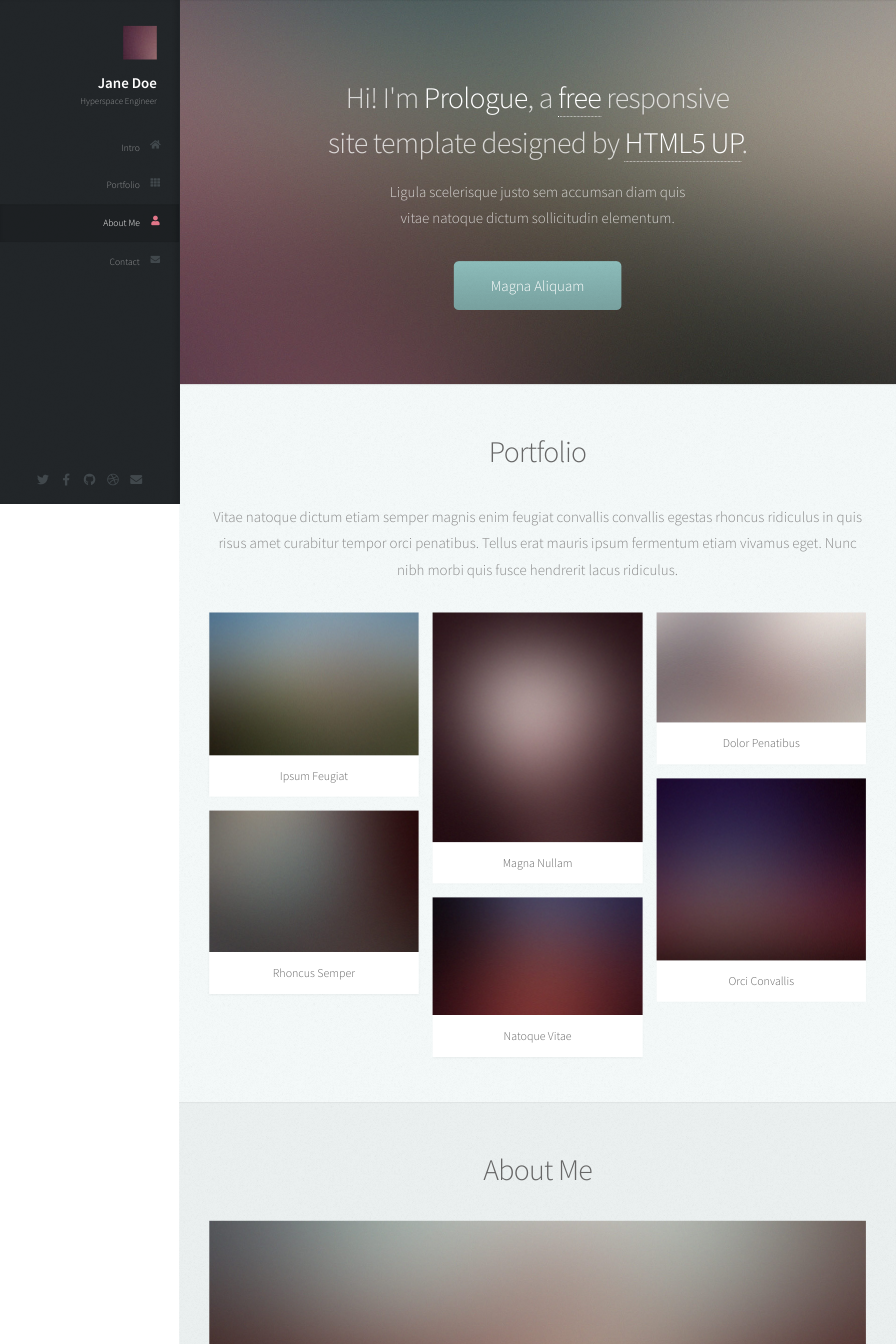
Repository: fiedore/fiedore.github.io
Page: index.html
The author's editor kept a copy of each file at every save. The page is drawn from the files as they stood at one save, then again after a run of saves.
The browser window is 1280 px wide. The pictures show the part of the page from y = 0 to 1920 px (the page is 3341 px tall before and 3181 px after), at 70% of full size.

Above is the page before, as saved 2025-06-02 23:55:42.

After the next 4 saves:
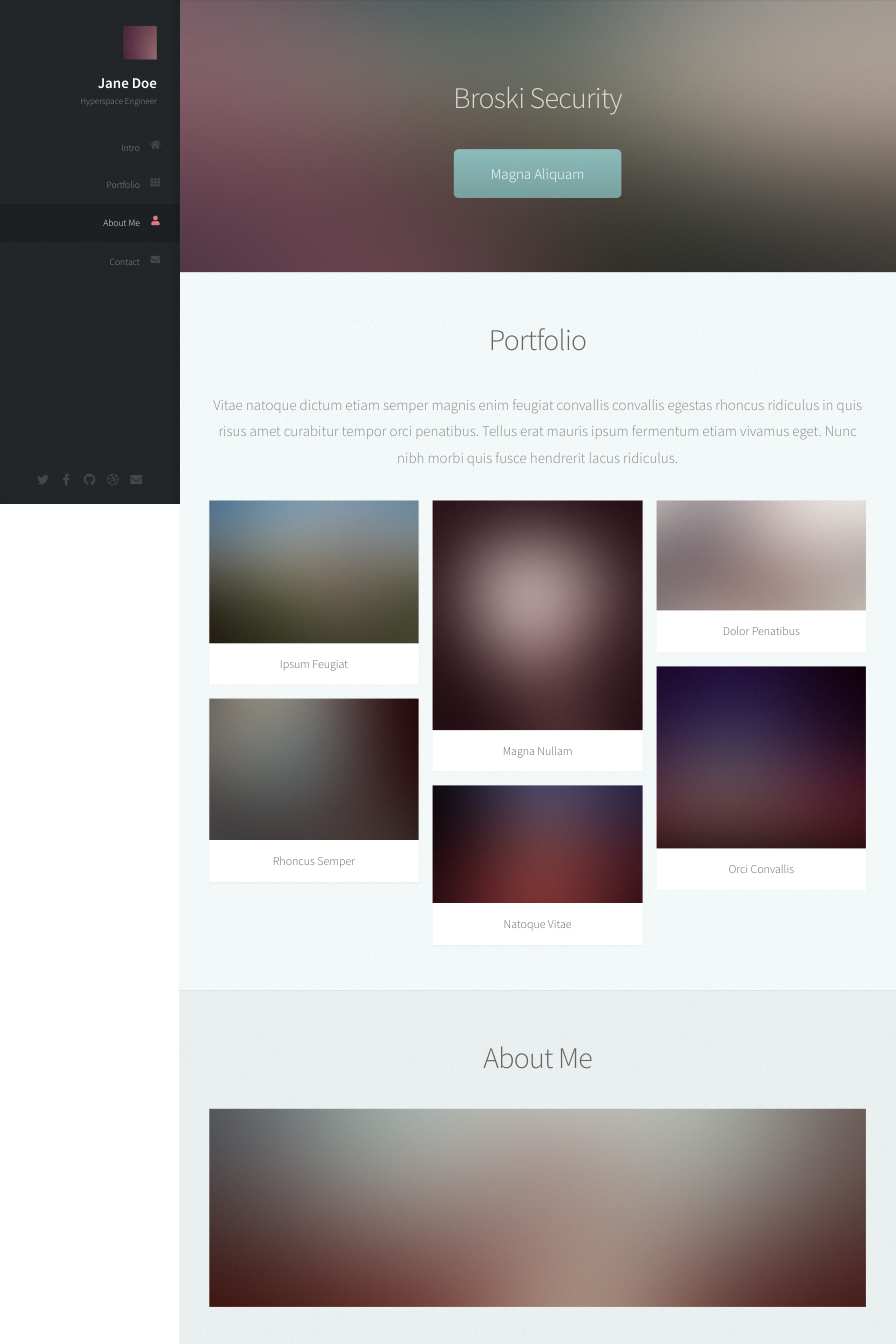
The 4 saves are shown as one change because they came seconds apart.
The last was saved 18 s later.
--- a/index.html
+++ b/index.html
@@ -60,10 +60,7 @@
 						<div class="container">
 
 							<header>
-								<h2 class="alt">Hi! I'm <strong>Prologue</strong>, a <a href="http://html5up.net/license">free</a> responsive<br />
-								site template designed by <a href="http://html5up.net">HTML5 UP</a>.</h2>
-								<p>Ligula scelerisque justo sem accumsan diam quis<br />
-								vitae natoque dictum sollicitudin elementum.</p>
+								<h2 class="alt">Broski Security</h2>
 							</header>
 
 							<footer>
